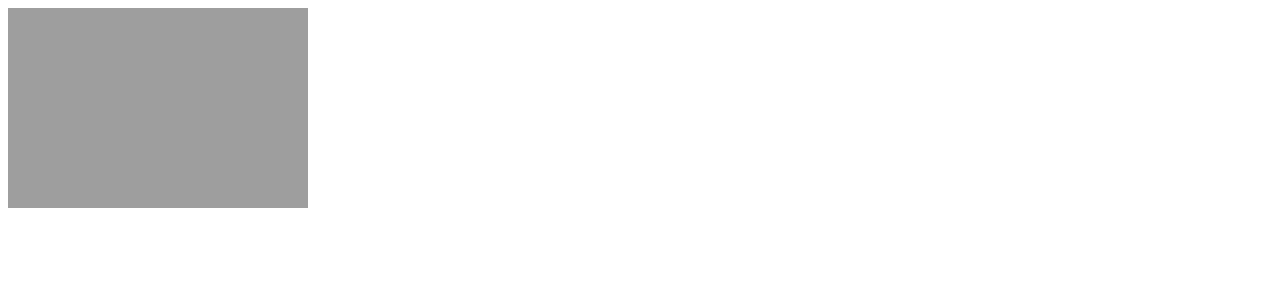
Repository: BlueLionycb/study-demo
Page: canvas-demo/src/index14.html
An editor plug-in stored every save of this project. The page is shown before and after the next save, followed by the edit.
The browser window is 1280 px wide. The pictures show the whole page.

Above is the page before, as saved 2020-01-26 23:10:48.

### canvas-demo/src/index14.html
<!DOCTYPE html>
<html lang="en">
    <head>
        <meta charset="UTF-8">
        <meta name="viewport" content="width=device-width, initial-scale=1.0">
        <meta http-equiv="X-UA-Compatible" content="ie=edge">
        <title>图片引入</title>
    </head>
    <body>
        <canvas id="myCanvas" height="600" width="600">

        </canvas>

        <script>
        function draw(){
            let canvas=document.getElementById("myCanvas") //画布
            let ctx=canvas.getContext("2d"); //上下文，画笔

            let img= new Image()
            img.src = './img/image.png'

            img.onload = function(){
                //图片，x，y,宽高
                // ctx.drawImage(this,0,0,300,200)
                /*
                *参数1：图像
                *参数2：x轴
                *参数3：y轴
                *参数4：宽度
                *参数5：高度
                *参数6：绘制x轴
                *参数7：绘制y轴
                *参数8：绘制宽度
                *参数9：绘制高度
                */
                ctx.drawImage(this,0,0,300,200)
            }


        }

        draw();

    </script>
    </body>
</html>

After the next save:
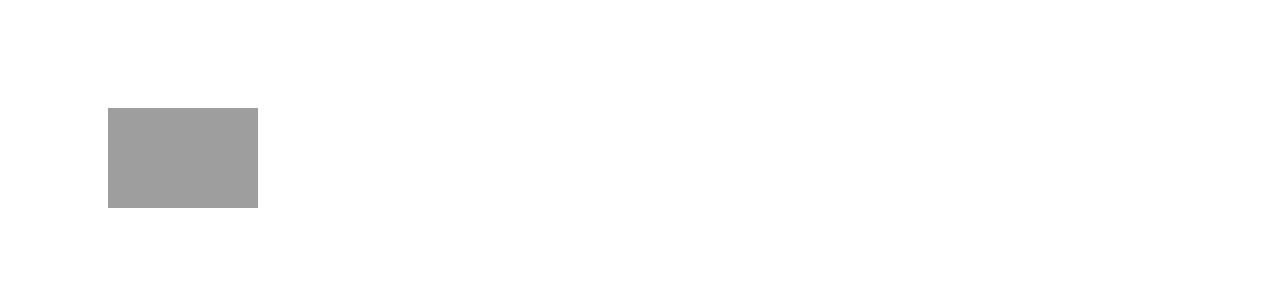
Saved 12 s later.
--- a/canvas-demo/src/index14.html
+++ b/canvas-demo/src/index14.html
@@ -33,7 +33,7 @@
                 *参数8：绘制宽度
                 *参数9：绘制高度
                 */
-                ctx.drawImage(this,0,0,300,200)
+                ctx.drawImage(this,0,0,300,200,100,100,150,100)
             }
 
 
